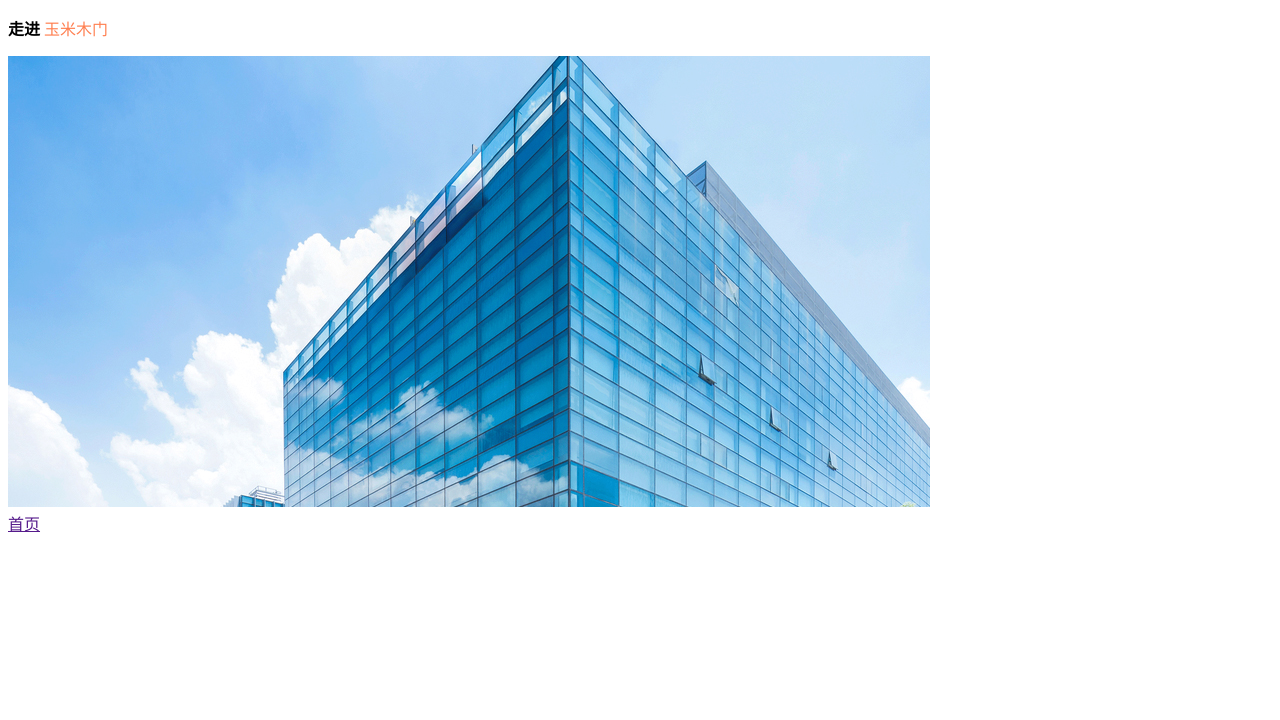
Repository: fixbb/workspace
Page: 010布局与选择器/index.html
These files come from the project's save history. The page is drawn as it stood at one moment and after the next save; the edit follows.
The browser window is 1280 px wide. The pictures show the whole page.

Above is the page before, as saved 2021-08-26 11:17:19.

After the next save:
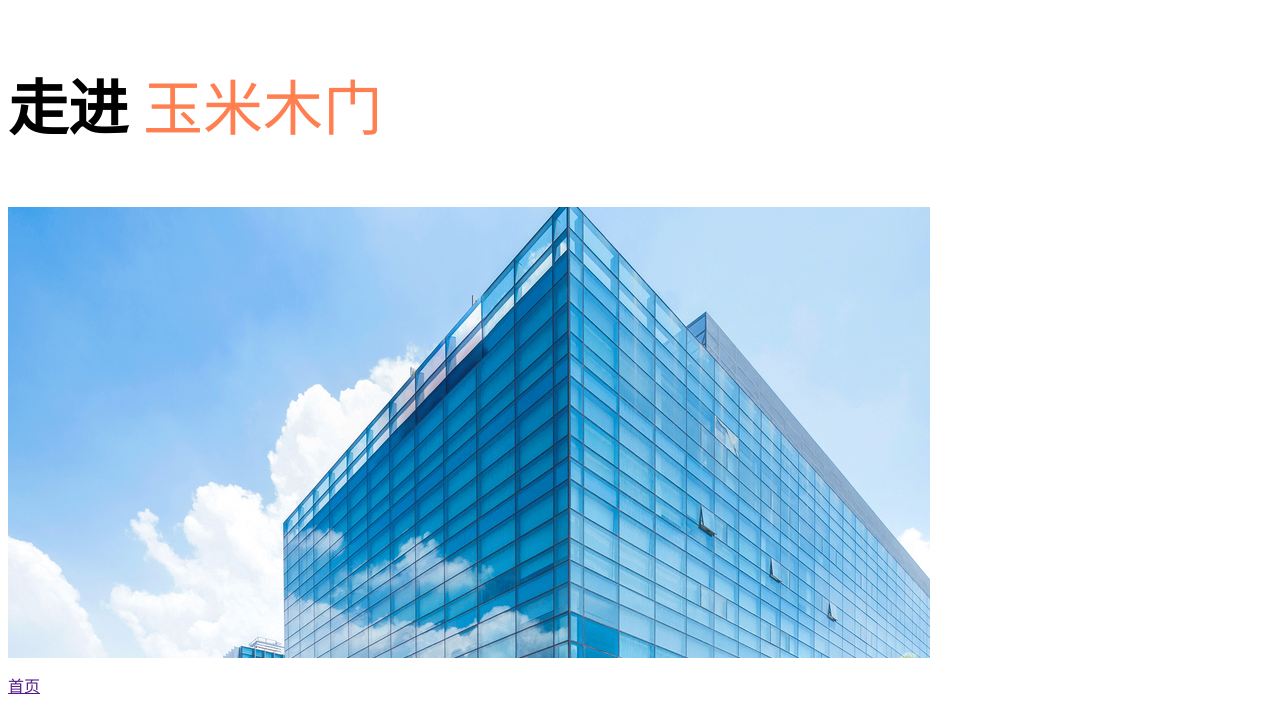
Saved 50 s later.
--- a/010布局与选择器/index.html
+++ b/010布局与选择器/index.html
@@ -12,7 +12,7 @@
     <!-- banner: 横幅 navigation: 导航 bottom: 底部
         div容器的特点：一个空的div，默认宽度为100%，高度为0
     -->
-    <div id="banner">
+    <div id="banner" style="font-size: 60px;">
         <p>
             <b>
                 走进
